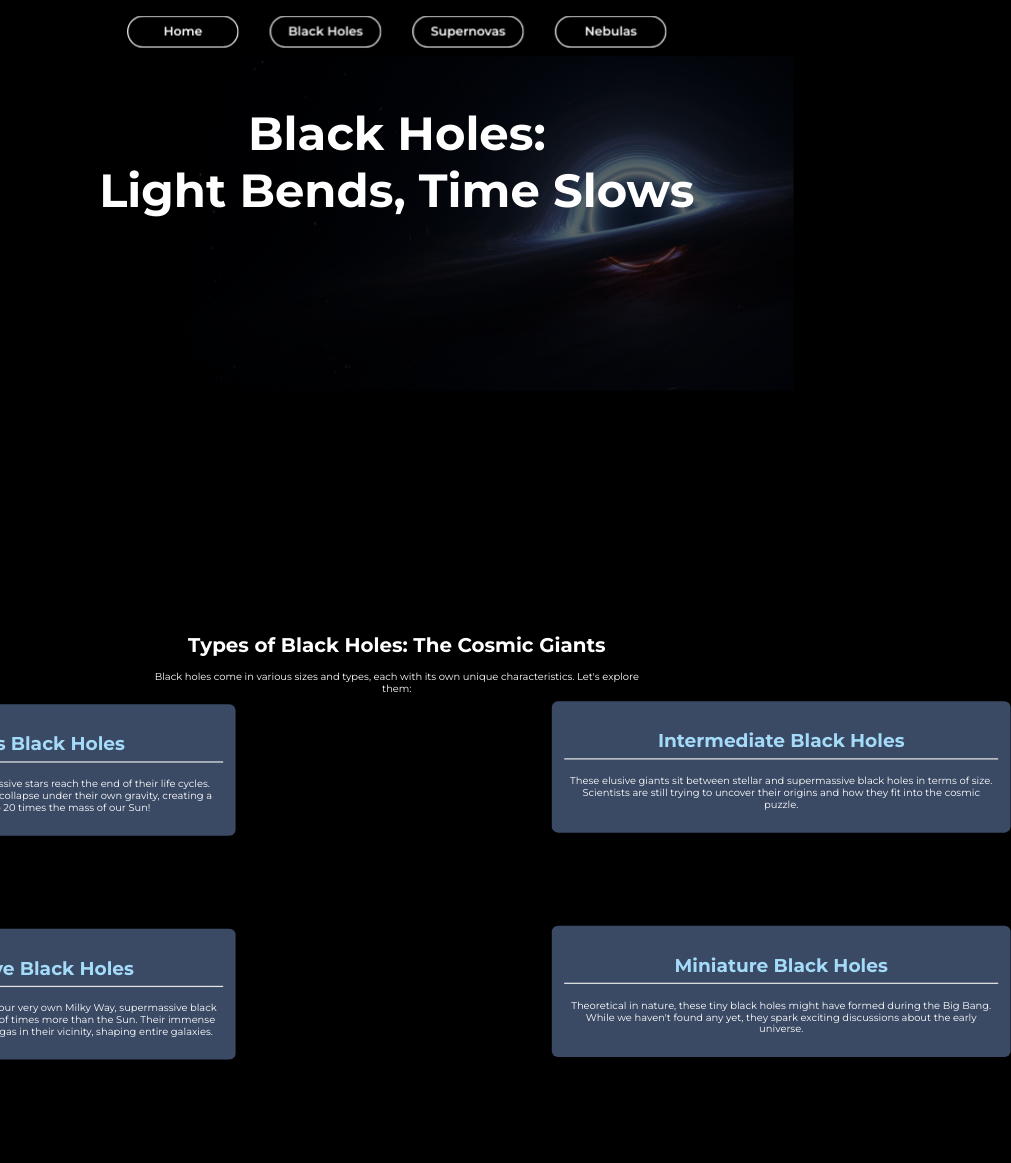
Repository: english-only/Space-Website
Page: black_hole.html
These files come from the project's save history. The page is drawn as it stood at one moment and after a run of saves; the edit follows.
The browser window is 1280 px wide. The page is 1630 px wide, so the pictures cover 1630 px, including what lies to the right of the window. The pictures show the whole page, at 62% of full size.
Backgrounds fixed to the window are drawn as part of the page.

Above is the page before, as saved 2024-12-18 23:49:01.

After the next 3 saves:
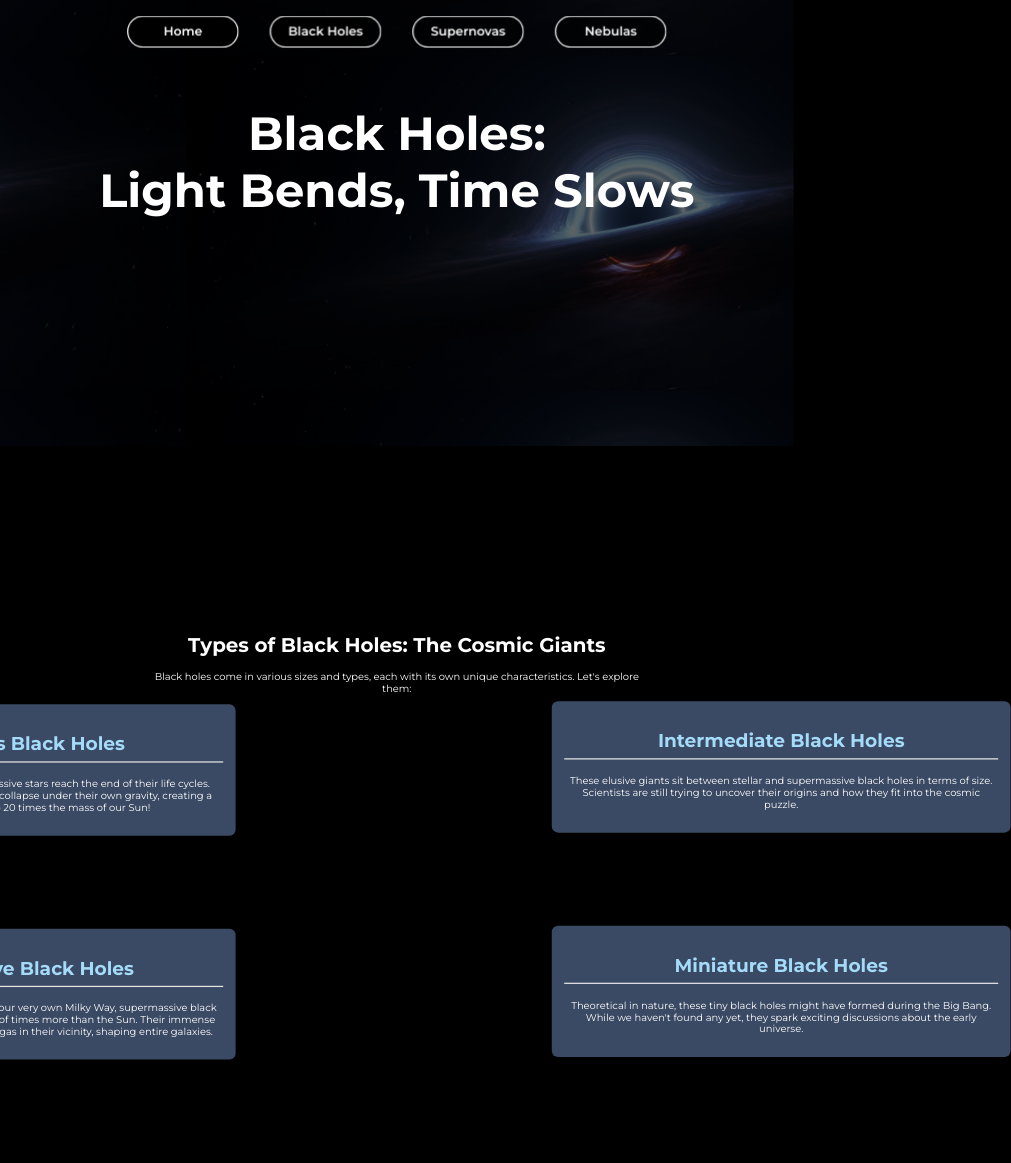
The 3 saves are shown as one change because they came seconds apart.
The last was saved 7 s later.
--- a/main.css
+++ b/main.css
@@ -295,7 +295,7 @@
   background-image: url('thumb-1920-1346075.png');
   background-size: contain;
   background-position: 300px;
-    background-repeat: no-repeat;
+  xackground-repeat: no-repeat;
   position: fixed; /* Keep background fixed while scrolling */
   height: 100vh;
   width: 100%;

After the 3 saves that followed:
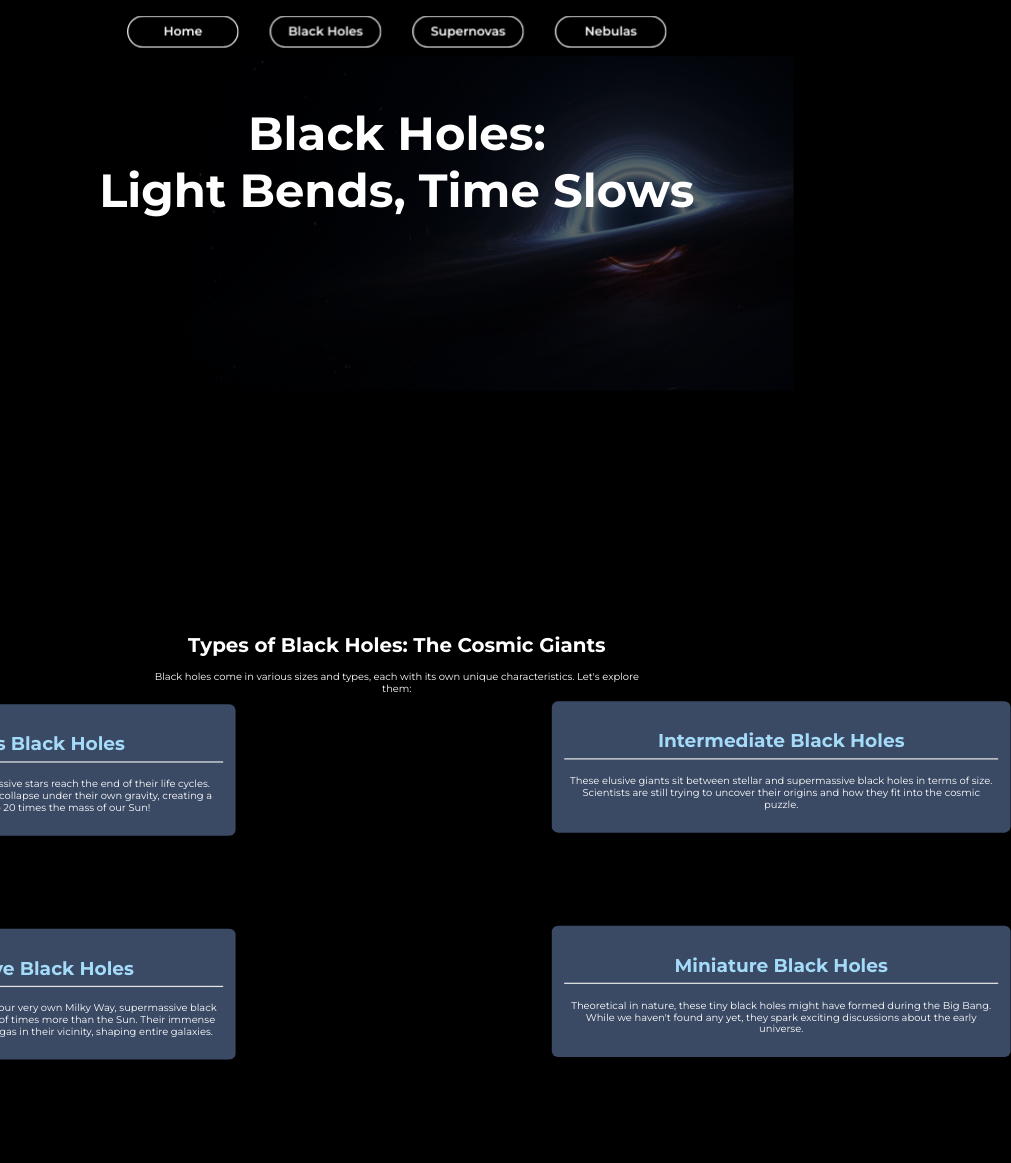
The 3 saves are shown as one change because 2 left the picture as it was.
The last was saved 40 s later.
--- a/main.css
+++ b/main.css
@@ -295,7 +295,7 @@
   background-image: url('thumb-1920-1346075.png');
   background-size: contain;
   background-position: 300px;
-  xackground-repeat: no-repeat;
+  background-repeat: no-repeat;
   position: fixed; /* Keep background fixed while scrolling */
   height: 100vh;
   width: 100%;
